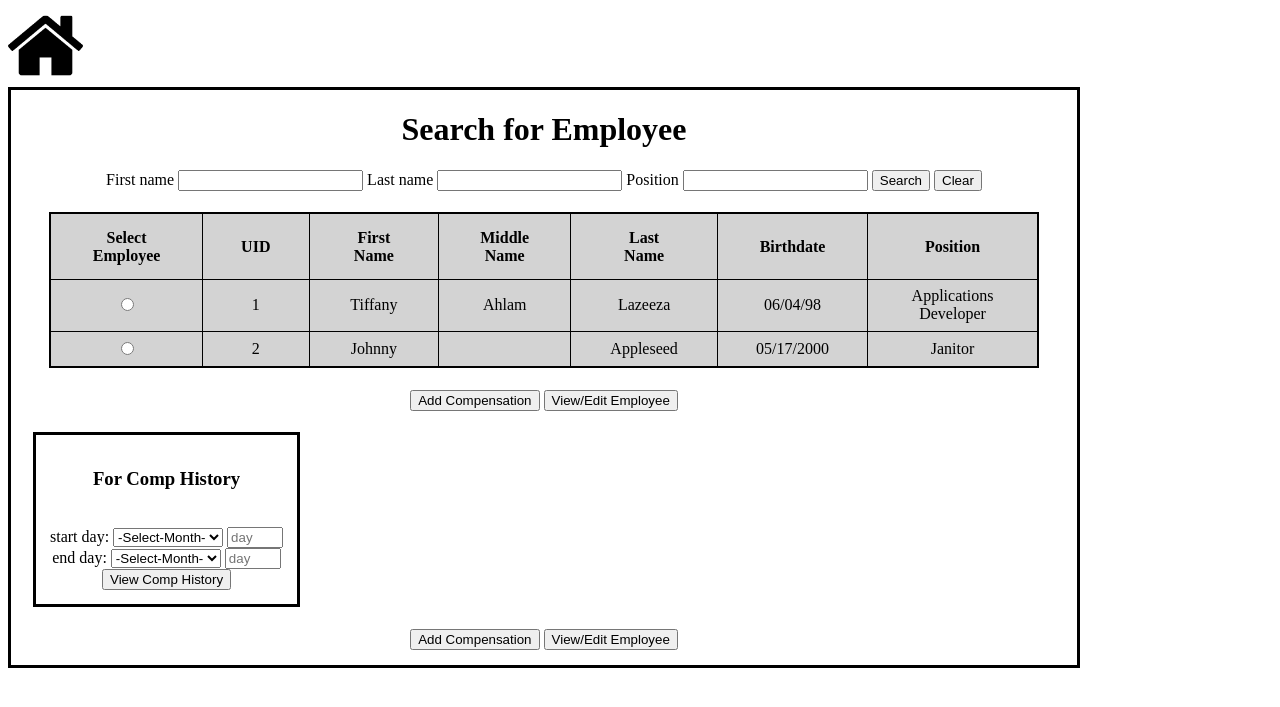
Repository: ticross18/SpringBootEmployeeSystem
Page: EmploymentSystem/src/main/resources/static/searchEmp.html
The author's editor kept a copy of each file at every save. The page is drawn from the files as they stood at one save, then again after the next save.
The browser window is 1280 px wide. The pictures show the whole page.

Above is the page before, as saved 2022-05-17 18:06:14.

### EmploymentSystem/src/main/resources/static/searchEmp.html
<!DOCTYPE html>
<html>
<head>
	<title>Search for Employee</title>
	<meta charset="UTF-8">
	<meta name="viewport" content="width=device-width, initial-scale=1.0">
	<link href="css/screens.css" rel="stylesheet" type="text/css">
</head>
<body>

<a href="/"><img src="images/homeIcon2.png" id="homeButton" alt="home button"></a>

<div id="SearchEmpBox" >
	<h1 id="title">Search for Employee</h1>

	<form>
		<label for="fname">First name </label>
		<input type="text" id="fname" name="fname">
		<label for="lname">Last name  </label>
		<input type="text" id="lname" name="lname">
		<label for="position">Position</label>
		<input type="text" id="position" name="position">
		<button type="button" name ="search">Search</button>
		<button type="clear" name ="clear">Clear</button>
	</form>

	<table border=1  rules=rows id="results" >
		<tr>
			<th>Select Employee</th>
			<th>UID</th>
			<th>First Name</th>
			<th>Middle Name</th>
			<th>Last Name</th>
			<th>Birthdate</th>
			<th>Position</th>
		</tr>
		 <tr class="entries">
			<td><input type="radio" name="edit" class="editEmp"/></td>
			<td>1</td>
			<td>Tiffany</td>
			<td>Ahlam</td>
			<td>Lazeeza</td>
			<td>06/04/98</td>
			<td>Applications Developer</td>
		</tr>
		 <tr class="entries">
			<td><input type="radio" name="edit" class="editEmp"/></td>
			<td>2</td>
			<td>Johnny</td>
			<td></td>
			<td>Appleseed</td>
			<td>05/17/2000</td>
			<td>Janitor</td>
		</tr>

	</table>

     <button type="button" class="optionButtons" onclick="location.href = '#';"  id="addEmp" > Add Compensation </button>

     <button type="button" class="optionButtons" onclick="location.href = '#';" id="viewEditEmp"> View/Edit Employee </button>

	<div id="dateRange">
		<h3>For Comp History</h3><br>

		<label >start day:</label>
		    <select class='monthDropDown'>
			    <option selected value=''>-Select-Month-</option>
			    <option value='1'>January</option>
			    <option value='2'>February</option>
			    <option value='3'>March</option>
			    <option value='4'>April</option>
			    <option value='5'>May</option>
			    <option value='6'>June</option>
			    <option value='7'>July</option>
			    <option value='8'>August</option>
			    <option value='9'>September</option>
			    <option value='10'>October</option>
			    <option value='11'>November</option>
			    <option value='12'>December</option>
		    </select>
		    <input type="number"min="0" max="31" placeholder="day"/>

		    <br>

		<label>end day:</label>
		<select class='monthDropDown'>
		    <option selected value=''>-Select-Month-</option>
		    <option value='1'>January</option>
		    <option value='2'>February</option>
		    <option value='3'>March</option>
		    <option value='4'>April</option>
		    <option value='5'>May</option>
		    <option value='6'>June</option>
		    <option value='7'>July</option>
		    <option value='8'>August</option>
		    <option value='9'>September</option>
		    <option value='10'>October</option>
		    <option value='11'>November</option>
		    <option value='12'>December</option>
	    </select>
	    <input type="number"min="0" max="31" placeholder="day"/>
	     <br><button type="button" class="optionButtons" onclick="location.href = '#';" id="compHistory" > View Comp History </button>

	</div>


     <button type="button" class="optionButtons" onclick="location.href = '#';"  id="addEmp" > Add Compensation </button>

     <button type="button" class="optionButtons" onclick="location.href = '#';" id="viewEditEmp"> View/Edit Employee </button>



</div>
</body>
</html>

### EmploymentSystem/src/main/resources/static/css/screens.css
.container {
   display: flex;

}

#homeButton{
	width:75px;
	height:75px;
	position: relative;
}

.asterisk{
	color: red;
}

#addEmpBox {
	padding-left: 40vw;
	border: 3px solid rgb(0, 0, 0);
	padding-bottom: 15px;
}

#addEmpBox input {
	margin-bottom: 15px;
	padding: 2px;
}

#SearchEmpBox {
	border: 3px solid rgb(0, 0, 0);
	padding-bottom: 15px;
	margin-right: 15vw;
	text-align: center;
}

#userInput {
	display:inline-table;
}

#results {
	border: 2px solid black;
	margin: 10px;
	background-color: lightgrey;
	border-collapse: collapse;
	margin:  3vh 3vw;
}

#results th {
	padding: 2vh 3vw;
	border-left: 1px solid #000;
    border-right: 1px solid #000;
}

#results td {
	padding: 1vh 3vw ;
	border-left: 1px solid #000;
    border-right: 1px solid #000;

}

#finalEdit{
	text-align: left;
	position: left;
}

.optionButtons button{
	text-transform: uppercase;
	background-color: rgb(192, 192, 192);

	padding: 10px 5px;
	width:  auto ;
	float:right;
	position: sticky;

	margin-left: 13vw;

}

.optionButtons button:active {
  box-shadow: 0 5px #666;
  transform: translateY(4px);
}

.optionButtons button:hover {
  background-color: rgb(255, 255, 128);
  cursor: pointer;
}

#dateRange {
	border: 3px solid rgb(0, 0, 0);
	width:fit-content;
	margin: 3vh;
	padding: 2vh;
}



.monthDropDown {
	width:110px;
}


tr.entries:hover {
  background-color: white;
  cursor: pointer;
}

After the next save:
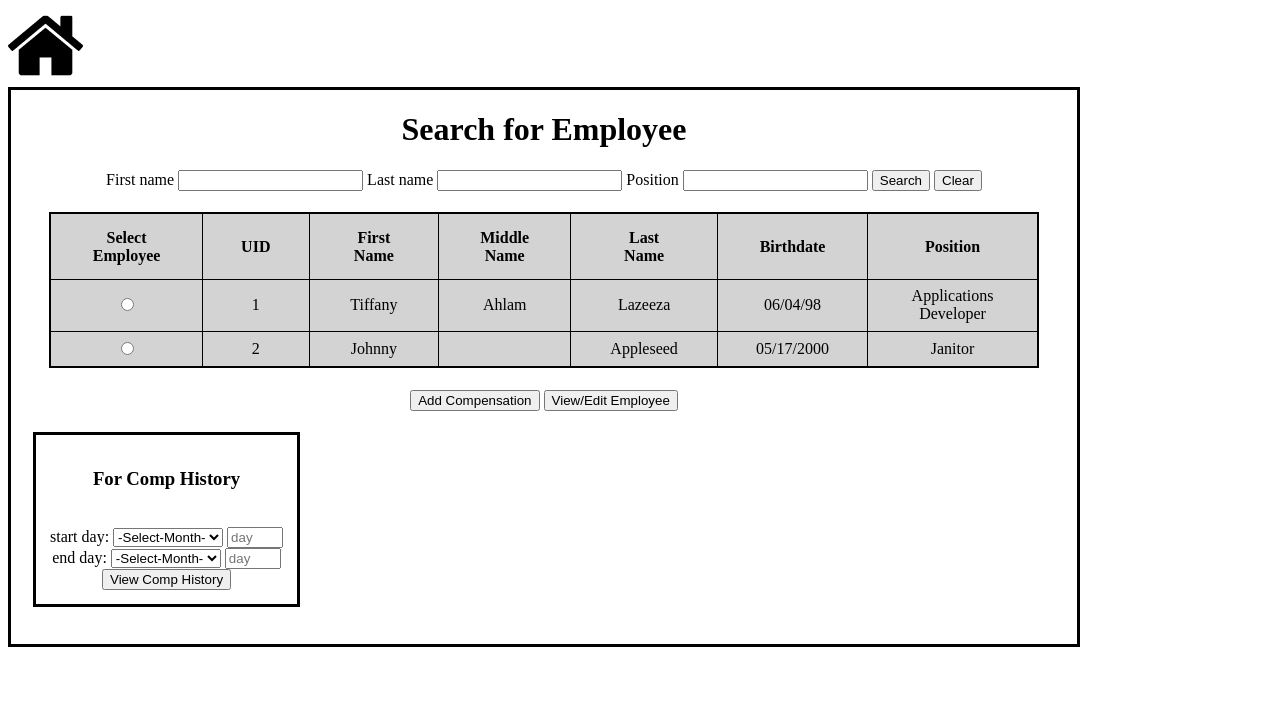
Saved 13 s later.
--- a/EmploymentSystem/src/main/resources/static/searchEmp.html
+++ b/EmploymentSystem/src/main/resources/static/searchEmp.html
@@ -104,12 +104,6 @@
 	</div>
 
 
-     <button type="button" class="optionButtons" onclick="location.href = '#';"  id="addEmp" > Add Compensation </button>
-
-     <button type="button" class="optionButtons" onclick="location.href = '#';" id="viewEditEmp"> View/Edit Employee </button>
-
-
-
 </div>
 </body>
 </html>
